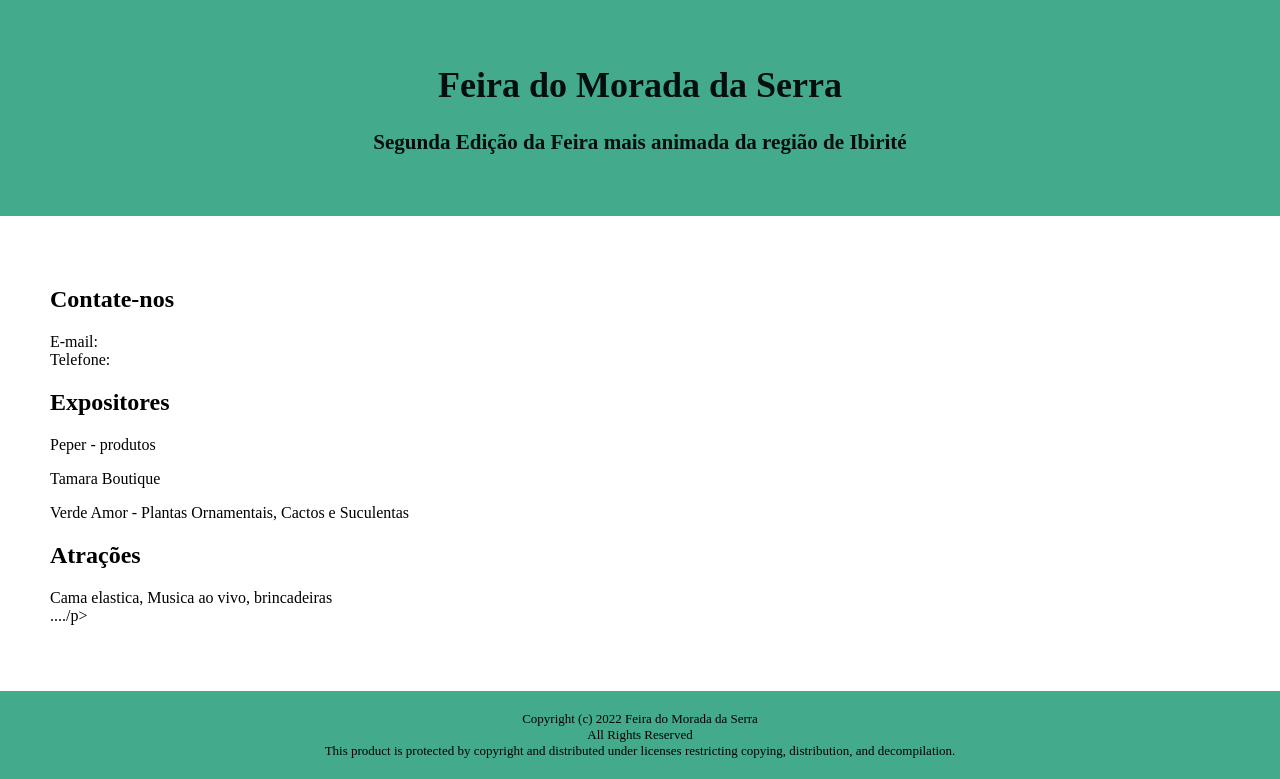
Repository: valerianogueirasilva/feiraibirite
Page: SoacialProject/Index.html
The author's editor kept a copy of each file at every save. The page is drawn from the files as they stood at one save, then again after the next save.
The browser window is 1280 px wide. The pictures show the whole page.

Above is the page before, as saved 2022-07-11 15:21:40.

### SoacialProject/Index.html
<!DOCTYPE html>
<html>
<head>
<meta charset="ISO-8859-1">
<title> Feira Social do Morada da Serra </title>
<link rel="stylesheet" type="text/css" href="Css/cssfile.css" >

<div id="DivHeaderId" class=DivHeaderClass">
<header id="HeaderId" class="HeaderClass">
<h1 id="H1HeaderId" class="H1HeaderClass">Feira do Morada da Serra</h1>
<h3 id="H3HeaderId" class="H3HeaderClass">Segunda Edição da Feira mais animada da região de Ibirité</h3>
</header>
</div>


</head>
<body>

<div id= "DivRowId" class="DivRowClass">
  <div id="ColumnRigthId" class="ColumnRigthClass">
    <h2>Contate-nos</h2>
    <p>E-mail: <br> Telefone: <br> </p>
  </div>

  <div ide="ColumnMiddleId" class="ColumnMiddleClass">
    <h2>Expositores</h2>
    <p id="PeperId" Class="PeperClass"> Peper - produtos </p>
    <p> Tamara Boutique </p>
    <p id="VerdeAmorId" class="VerdeAmorClass"> Verde Amor - Plantas Ornamentais, Cactos e Suculentas</p>
    <p></p>
    <p></p>
    <p></p>
    <p></p>
    <p></p>
    <p></p>
    <p></p>
    <p></p>
    <p></p>
    <p></p>
    <p></p>
    <p></p>
    <p></p>
    <p></p>
    <p></p>
    <p></p>
    <p></p>
    <p></p>
    <p></p>
    <p></p>
    <p></p>
    <p></p>
    <p></p>
    <p></p>
    <p></p>

  </div>

<div id="ColumnLeftId" class="ColumnLeftClass"">
    <h2>Atrações</h2>
    <p>Cama elastica, Musica ao vivo, brincadeiras ..../p>
  </div>
</div>


<footer ide="FooterId" class="FooterClass" >Copyright (c) 2022 Feira do Morada da Serra <br> All Rights Reserved <br>

This product is protected by copyright and distributed under
licenses restricting copying, distribution, and decompilation. </footer>

</body>
</html>

### SoacialProject/Css/cssfile.css
/*
Author: Valeria Nogueira
Date: 11 july 2022
Section: Social Project

https://coolors.co/f94144-f3722c-f8961e-fdc9b0-f9c74f-74a94c-43aa8b-4f9290-ffffff-040d10
*/

.HeaderClass {
   text-align: center;
   background: #43AA8B;
   padding: 40px;
   font-size: 18px;
   color: #040D10;
}

body {
  margin: 0;
}


.DivRowClass{
	float: center;
	padding: 50px;
}


.column {
  float: left;
  padding: 10px;
}

.ColumnRigthClass {
	width: 25%;
}
.ColumnMiddleClass{
	width: 50%;
}

.ColumnLeftClass {
	width: 25%;
}

/* Clear floats after the columns */
.row:after {
  content: "";
  display: table;
  clear: both;
}








.FooterClass {
	text-align: center;
	padding: 20px;
	background: #43AA8B;
	font-size: 13px;
}

After the next save:
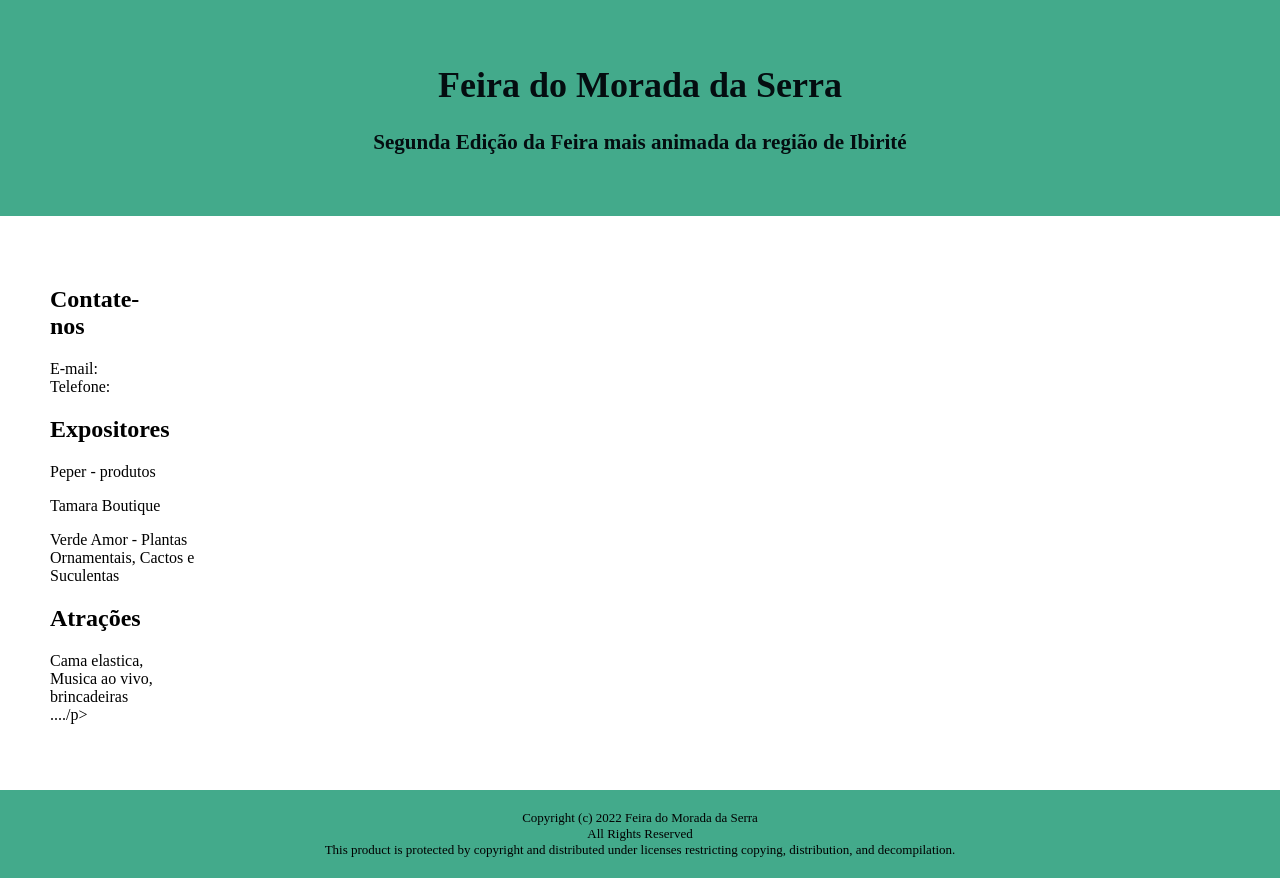
Saved 60 s later.
--- a/SoacialProject/Css/cssfile.css
+++ b/SoacialProject/Css/cssfile.css
@@ -22,6 +22,7 @@ body {
 .DivRowClass{
 	float: center;
 	padding: 50px;
+	width: 33%;
 }
 
 
